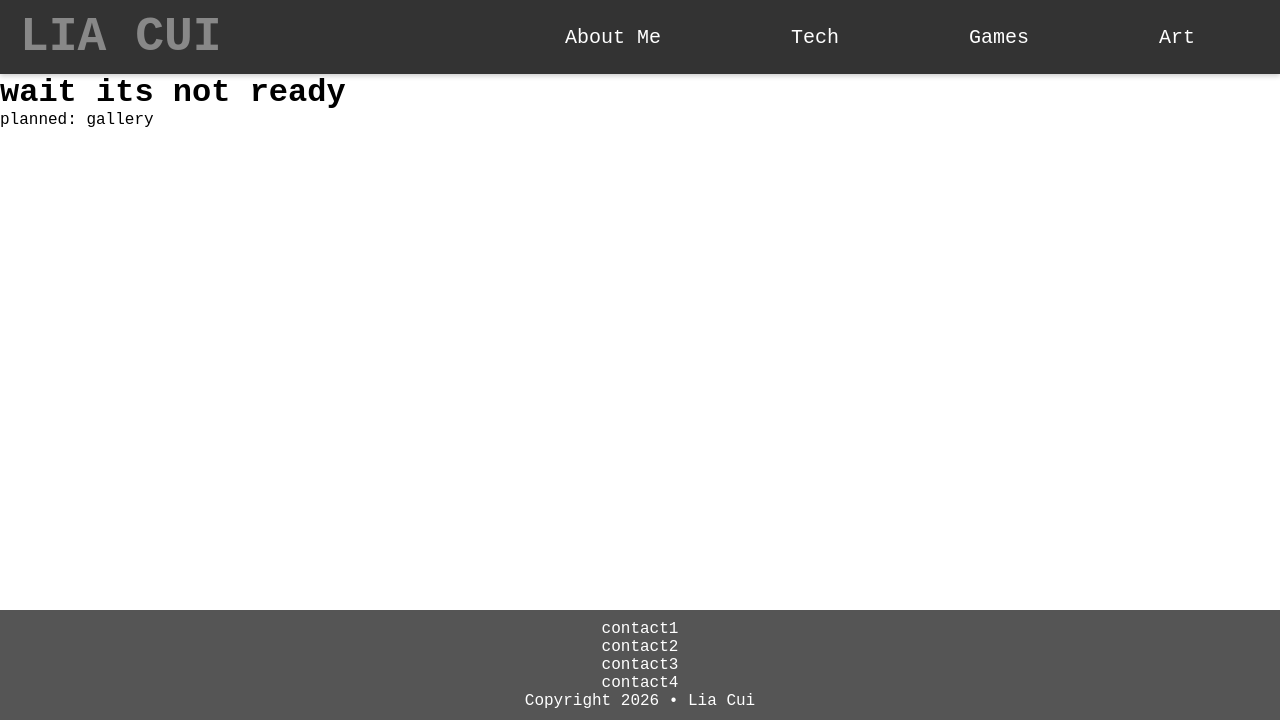
Repository: ljcui1/Lia-Cui-Portfolio
Page: subpages/art_index.html
The author's editor kept a copy of each file at every save. The page is drawn from the files as they stood at one save, then again after the next save.
The browser window is 1280 px wide. The pictures show the whole page.

Above is the page before, as saved 2026-01-15 12:02:37.

After the next save:
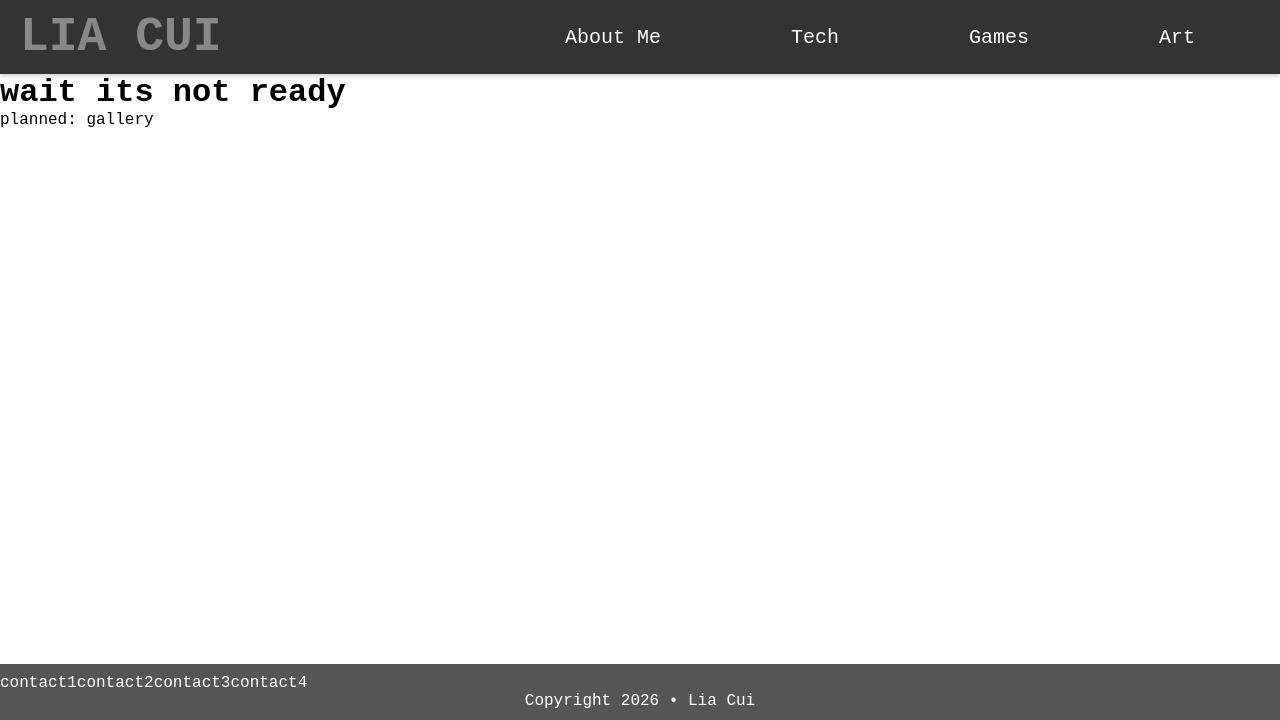
Saved 80 s later.
--- a/style.css
+++ b/style.css
@@ -38,16 +38,6 @@
     box-shadow: 0 2px 5px rgba(0, 0, 0, 0.2);
 }
 
-/*footer styling*/
-footer {
-    /*temp colors*/
-    background-color: #555;
-    color: white;
-    padding: 10px 0;
-    text-align: center;
-    align-items: center;
-}
-
 #logo {
     color: #888;
     padding-left: 20px;
@@ -76,3 +66,20 @@
 nav ul li a:hover { /*specifically styling the hover state of the unordered list item links in the navbar*/
     background-color: #555;
 }
+
+
+/*footer styling*/
+footer {
+    /*temp colors*/
+    background-color: #555;
+    color: white;
+    padding: 10px 0;
+    text-align: center;
+    align-items: center;
+}
+
+#contact ul { /*specifically styling the unordered list in the contact links*/
+    list-style-type: none; /*removes bullet points + other styling*/
+    display: flex; /*flexboxes allow for horizontal display*/
+    padding-right: 20px;
+}
